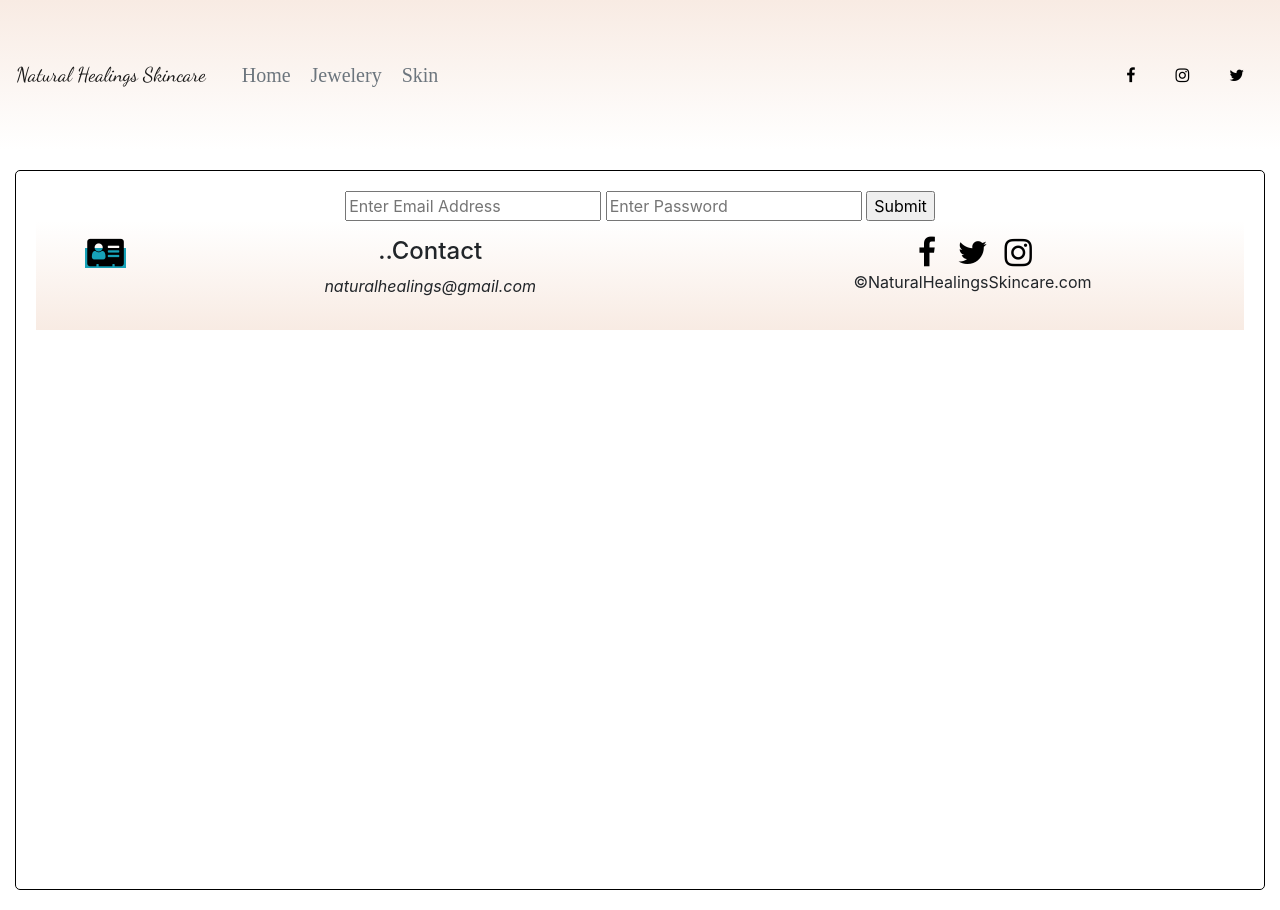
Repository: aliciarawlings/first-milestone
Page: login.html
The author's editor kept a record of every edit. The page is drawn from the files as they stood at one moment, then again after the next edit.
The browser window is 1280 px wide. The pictures show the whole page.
Some web fonts or font styles are not loaded; a fallback is used.

Above is the page before.

After the next edit:
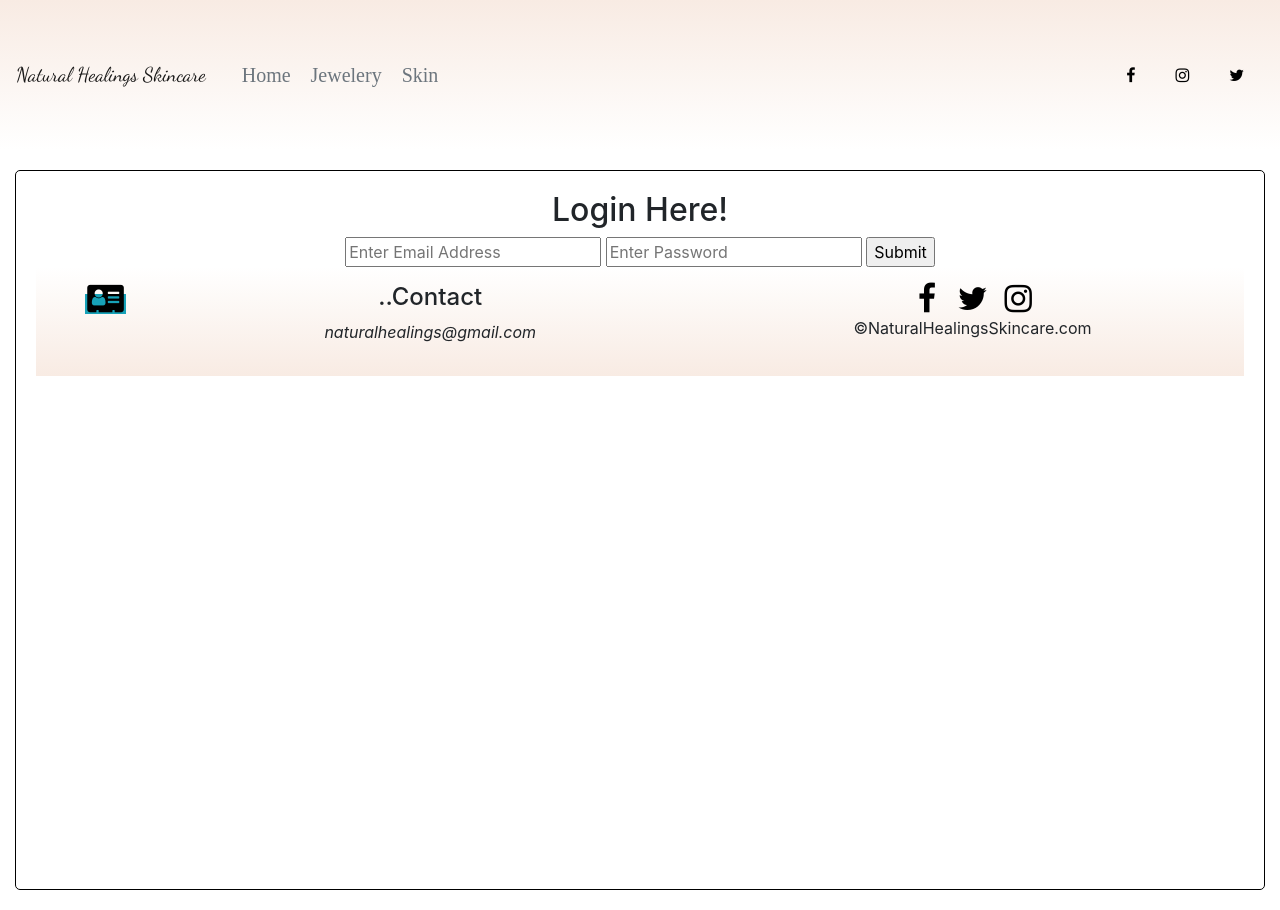
The edit:
--- a/login.html
+++ b/login.html
@@ -61,7 +61,9 @@
 
 
     <div class="login form form2">
+
       <form>
+        <h2>Login Here!</h2>
           <input type="email" name="usrname" placeholder="Enter Email Address" required>
           <input type="password" name="pssword" placeholder="Enter Password" required>
           <input type="submit">
